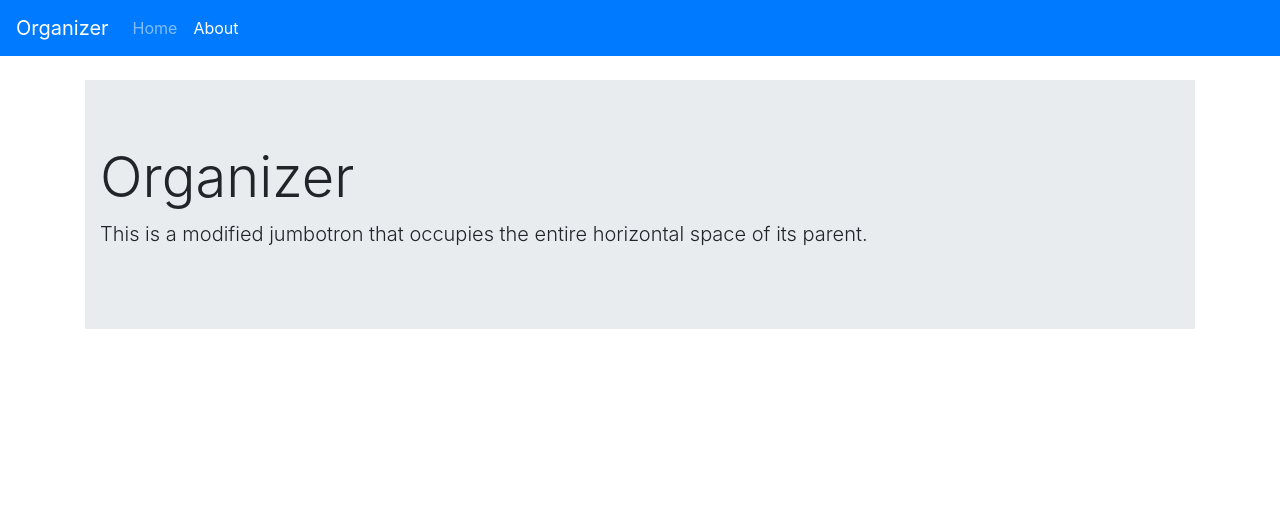
Repository: GregorPiev/orginizer-react-advanced
Page: /about
An editor plug-in stored every save of this project. The page is shown before and after the next save, followed by the edit.
The browser window is 1280 px wide. The pictures show the whole page.
The project was rebuilt for these pictures with package versions that can differ from the ones it lists, and the page was loaded fresh each time. Also part of the build but not shown: src/pages/Home/Home.scss, src/pages/Home/Home.js, src/pages/About/About.scss.

Above is the page before, as saved 2020-08-24 10:38:05.

After the next save:
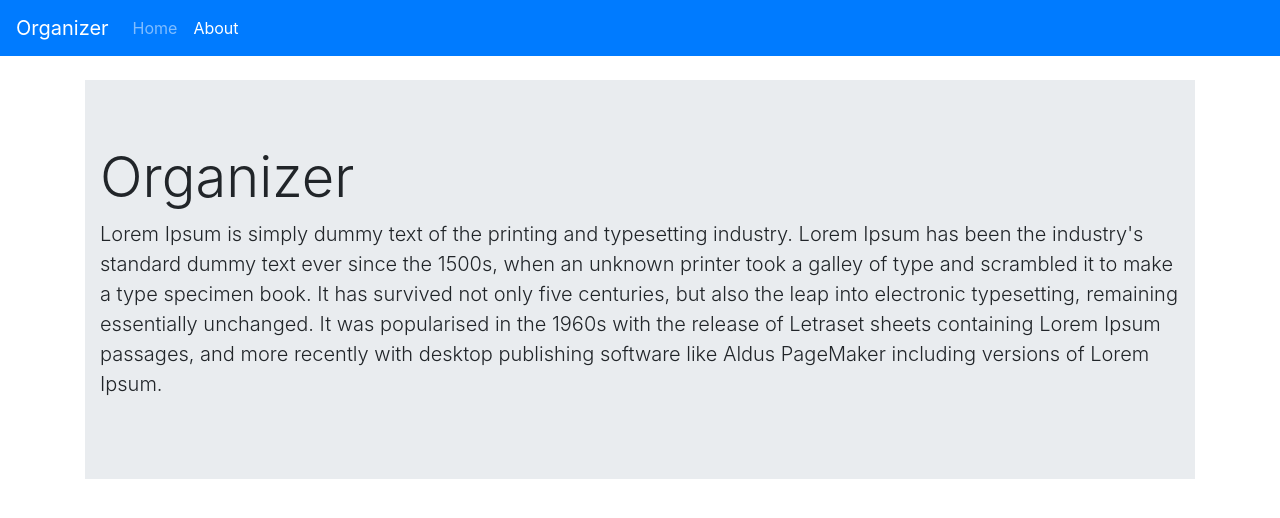
Saved 27 s later.
--- a/src/pages/About/About.js
+++ b/src/pages/About/About.js
@@ -5,7 +5,9 @@ export const About = () => (
     <div className="jumbotron jumbotron-fluid">
         <div className="container">
             <h1 className="display-4">Organizer</h1>
-            <p className="lead">This is a modified jumbotron that occupies the entire horizontal space of its parent.</p>
+            <p className="lead">
+                Lorem Ipsum is simply dummy text of the printing and typesetting industry. Lorem Ipsum has been the industry's standard dummy text ever since the 1500s, when an unknown printer took a galley of type and scrambled it to make a type specimen book. It has survived not only five centuries, but also the leap into electronic typesetting, remaining essentially unchanged. It was popularised in the 1960s with the release of Letraset sheets containing Lorem Ipsum passages, and more recently with desktop publishing software like Aldus PageMaker including versions of Lorem Ipsum.
+            </p>
         </div>
     </div>
 )
